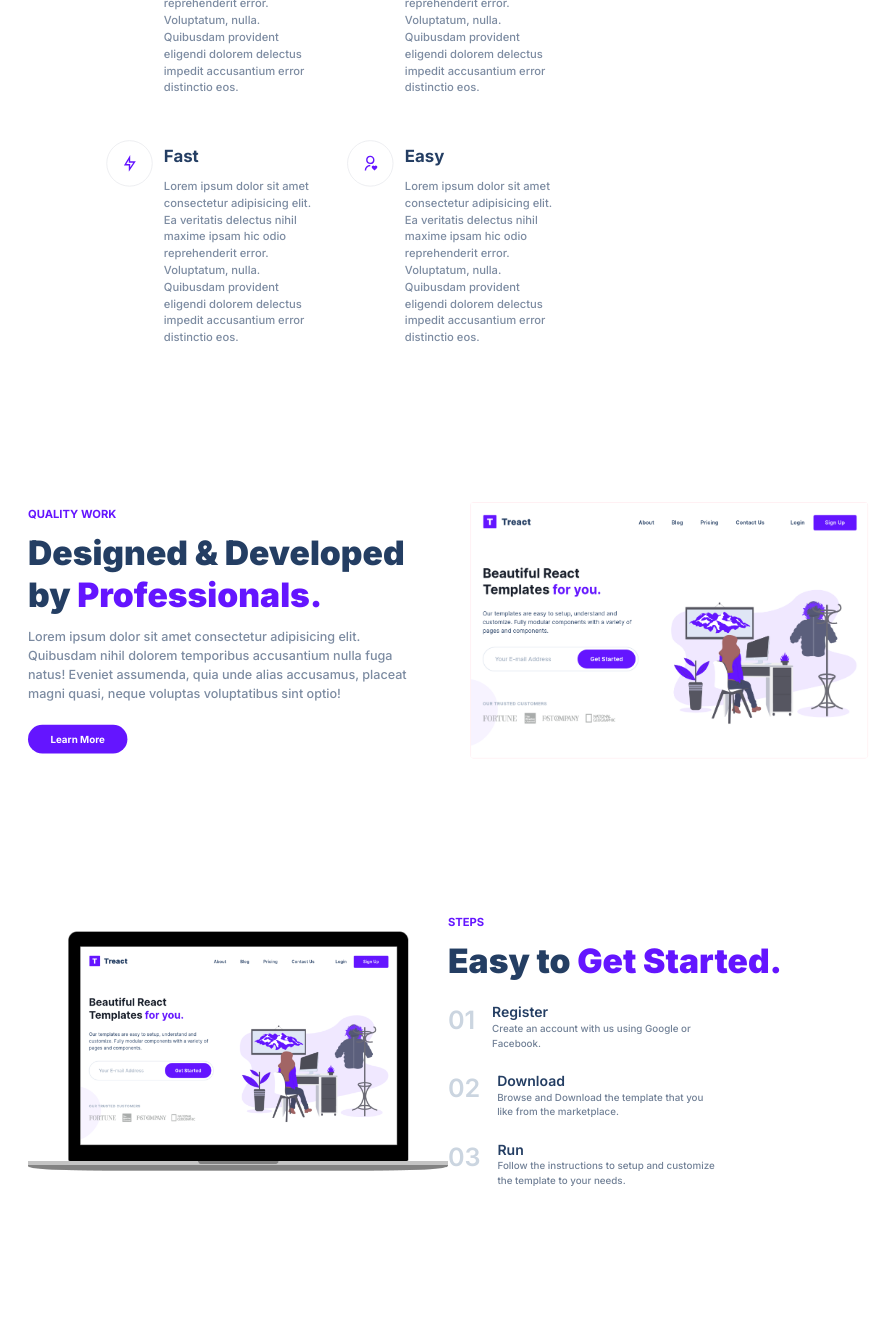
Repository: avivanguyen/m2_fianlProject
Page: index.html
These files come from the project's save history. The page is drawn as it stood at one moment and after the next save; the edit follows.
The browser window is 1280 px wide. The pictures show the part of the page from y = 1619 to 3539 px (the page is 3539 px tall), at 70% of full size.
Some web libraries are served in a nearby version.

Above is the page before, as saved 2025-12-09 02:56:50.

### index.html
<!DOCTYPE html>
<html lang="en">
<head>
    <meta charset="UTF-8">
    <meta name="viewport" content="width=device-width, initial-scale=1.0">
    <title>Styling Project</title>
    <link rel="stylesheet" href="styles.css">
    <script src="https://kit.fontawesome.com/2588cf0bac.js" crossorigin="anonymous"></script>
</head>
<body>
    <section id="landing">
        <nav>
            <div class="row nav__row">
                <div class="nav__logo">
                    <img src="./assets/logo.2c489fc453a1783cbadacf914efa3df6.svg" alt="logo" class="nav__logo--img">
                    <div class="nav__logo--title">
                        Treact
                    </div>
                </div>
                <div class="nav__links">
                    <a href="" class="nav__link">About</a>
                    <a href="" class="nav__link">Blog</a>
                    <a href="" class="nav__link">Pricing</a>
                    <a href="" class="nav__link">Contact Us</a>
                    <a href="" class="nav__link login">Login</a>
                    <a href="" class="nav__link nav__link--primary">Sign Up</a>
                </div>
            </div>
        </nav>

        <header class="container">
            <div class="row">
                <div class="header__description">
                    <h1>
                        Beautiful React Templates <span class="purple">for you.</span>
                    </h1>
                    <div class="header__description--para">
                        Our templates are easy to setup, understand and customize. Fully modular components with a variety of pages and components.
                    </div>
                    <div class="header__email">
                        <input type="text" class="header__email--input" placeholder="Your E-mail Address">
                        <button class="header__email--btn">Get Started</button>
                    </div>
                    <p class="header__customers--title">OUR TRUSTED CUSTOMERS</p>
                    <img src="./assets/customers-logo-strip.680ac7c2e8ae28161d2c.png" class="header__customers" alt="logos">
                </div>

                <figure class="header__img--wrapper">
                    <img src="./assets/design-illustration-2.6da6a00b20c07c4a9b65d1870679e1b8.svg" alt="hero image" class="header__img">
                </figure>
            </div>
        </header>
    </section>

    <main>
        <section id="features">
            <div class="container">
                <div class="row">
                    <h4 class="section__tag">FEATURES</h4>
                    <h2 class="section__title">
                        We Have Amazing <span class="purple">Service.</span>
                    </h2>
                    <div class="section__para">
                        Lorem ipsum dolor sit amet consectetur adipisicing elit. Maxime facilis assumenda architecto aliquam. Consequatur vero dolorum ut aspernatur quae beatae voluptates quam, nulla assumenda doloremque voluptatum laboriosam dolor unde rem.
                    </div>
                    <div class="features">
                        <div class="feature__row">
                            <figure class="feature__img--wrapper">
                                <img src="./assets/shield-icon.daefe14b320b14fbd9cbd18908ac93ec.svg" alt="" class="feature__img">
                            </figure>
                            <div class="feature__text">
                                <h2 class="feature__title">Secure</h2>
                                <p class="feature__para">
                                    Lorem ipsum dolor sit amet consectetur adipisicing elit. Ea veritatis delectus nihil maxime ipsam hic odio reprehenderit error. Voluptatum, nulla. Quibusdam provident eligendi dolorem delectus impedit accusantium error distinctio eos.
                                </p>
                            </div>
                        </div>
                        <div class="feature__row">
                            <figure class="feature__img--wrapper">
                                <img src="./assets/support-icon.f9253ffa8cb6ffde5bbaa05eb5136375.svg" alt="" class="feature__img">
                            </figure>
                            <div class="feature__text">
                                <h2 class="feature__title">24/7 Support</h2>
                                <p class="feature__para">
                                    Lorem ipsum dolor sit amet consectetur adipisicing elit. Ea veritatis delectus nihil maxime ipsam hic odio reprehenderit error. Voluptatum, nulla. Quibusdam provident eligendi dolorem delectus impedit accusantium error distinctio eos.
                                </p>
                            </div>
                        </div>
                        <div class="feature__row">
                            <figure class="feature__img--wrapper">
                                <img src="./assets/customize-icon.367468c90fd796009b97fbfba67b2c6a.svg" alt="" class="feature__img">
                            </figure>
                            <div class="feature__text">
                                <h2 class="feature__title">Customizable</h2>
                                <p class="feature__para">
                                    Lorem ipsum dolor sit amet consectetur adipisicing elit. Ea veritatis delectus nihil maxime ipsam hic odio reprehenderit error. Voluptatum, nulla. Quibusdam provident eligendi dolorem delectus impedit accusantium error distinctio eos.
                                </p>
                            </div>
                        </div>
                        <div class="feature__row">
                            <figure class="feature__img--wrapper">
                                <img src="./assets/reliable-icon.1367510a8f0a1bec76dc425d25f92f43.svg" alt="" class="feature__img">
                            </figure>
                            <div class="feature__text">
                                <h2 class="feature__title">Reliable</h2>
                                <p class="feature__para">
                                    Lorem ipsum dolor sit amet consectetur adipisicing elit. Ea veritatis delectus nihil maxime ipsam hic odio reprehenderit error. Voluptatum, nulla. Quibusdam provident eligendi dolorem delectus impedit accusantium error distinctio eos.
                                </p>
                            </div>
                        </div>
                        <div class="feature__row">
                            <figure class="feature__img--wrapper">
                                <img src="./assets/fast-icon.dbb971a73d4805d2fc3bcdacdb55beba.svg" alt="" class="feature__img">
                            </figure>
                            <div class="feature__text">
                                <h2 class="feature__title">Fast</h2>
                                <p class="feature__para">
                                    Lorem ipsum dolor sit amet consectetur adipisicing elit. Ea veritatis delectus nihil maxime ipsam hic odio reprehenderit error. Voluptatum, nulla. Quibusdam provident eligendi dolorem delectus impedit accusantium error distinctio eos.
                                </p>
                            </div>
                        </div>
                        <div class="feature__row">
                            <figure class="feature__img--wrapper">
                                <img src="./assets/simple-icon.673b7e1750b2a4ef32907fc164828d00.svg" alt="" class="feature__img">
                            </figure>
                            <div class="feature__text">
                                <h2 class="feature__title">Easy</h2>
                                <p class="feature__para">
                                    Lorem ipsum dolor sit amet consectetur adipisicing elit. Ea veritatis delectus nihil maxime ipsam hic odio reprehenderit error. Voluptatum, nulla. Quibusdam provident eligendi dolorem delectus impedit accusantium error distinctio eos.
                                </p>
                            </div>
                        </div>
                    </div>
                </div>
            </div>
        </section>

        <section id="quality">
            <div class="container">
                <div class="row">
                    <div class="quality__description">
                        <div class="section__tag">QUALITY WORK</div>
                        <h2 class="section__title">Designed & Developed by <span class="purple">Professionals.</span> </h2>
                        <p class="section__para">
                            Lorem ipsum dolor sit amet consectetur adipisicing elit. Quibusdam nihil dolorem temporibus accusantium nulla fuga natus! Eveniet assumenda, quia unde alias accusamus, placeat magni quasi, neque voluptas voluptatibus sint optio!
                        </p>
                        <button class="btn">Learn More</button>
                    </div>
                    <figure class="quality__img--wrapper">
                        <img src="./assets/hero-screenshot-1.40a097b525c2f8c9808e.png" class="quality__img" alt="">
                    </figure>
                </div>
            </div>
        </section>

        <section id="steps">
            <div class="container">
                <div class="row">
                    <figure class="steps__img--wrapper">
                        <img src="./assets/hero-screenshot-2.241aac1fbc66db29d873.png" class="steps__img" alt="">
                    </figure>
                    <div class="steps__description">
                        <div class="section__tag">STEPS</div>
                        <h2 class="section__title">Easy to <span class="purple">Get Started.</span> </h2>
                        <div class="steps__list">
                            <div class="step">
                                <div class="step__number">01</div>
                                <div class="step__description">
                                    <div class="step__title">Register</div>
                                    <div class="step__para">Create an account with us using Google or Facebook.</div>
                                </div>
                            </div>
                            <div class="step">
                                <div class="step__number">02</div>
                                <div class="step__description">
                                    <div class="step__title">Download</div>
                                    <div class="step__para">Browse and Download the template that you like from the marketplace.</div>
                                </div>
                            </div>
                            <div class="step">
                                <div class="step__number">03</div>
                                <div class="step__description">
                                    <div class="step__title">Run</div>
                                    <div class="step__para">Follow the instructions to setup and customize the template to your needs.</div>
                                </div>
                            </div>
                        </div>
                    </div>
                </div>
            </div>
        </section>
    </main>
</body>
</html>

### styles.css
@import url('https://fonts.googleapis.com/css2?family=Inter:ital,opsz,wght@0,14..32,100..900;1,14..32,100..900&display=swap');
*{
    padding: 0;
    margin: 0;
    font-family: "Inter", sans-serif;
    color: #243e63;
    box-sizing: border-box;
}

section {
    padding: 0 32px;
}

a {
    text-decoration: none;
}

.row {
    max-width: 1200px;
    margin: 0 auto;
    width: 100%;
}

.purple {
    color: #6415ff;
}

p {
    line-height: 1.5;
}

button {
    cursor: pointer;
}

.btn {
    background-color: #6415ff;
    color: white;
    padding: 12px 32px;
    border-radius: 500px;
    border: none;
    font-size: 14px;
    font-weight: bold;
    cursor: pointer;
}

img {
    width: 100%;
}

.container {
    padding: 96px 0;
}

.section__para {
    color: #7c8ba1;
    font-size: 18px;
    font-weight: 500;
    line-height: 1.5;
}

/*
Navigation styling
*/

nav {
    display: flex;
    padding-top: 32px;
}

.nav__row {
    display: flex;
    justify-content: space-between;
}

.nav__logo {
    display: flex;
    align-items: center;
    margin: 8px 0;
    padding-bottom: 4px;
}

.nav__logo--img {
    width: 40px;
}

.nav__logo--title {
    font-size: 20px;
    font-weight: 900;
    margin-left: 12px;
    padding-bottom: 2px;
}

.nav__links {
    display: flex;
    align-items: center;
    padding-bottom: 2px;
}

.nav__link {
    font-size: 14px;
    font-weight: 600;
    padding-top: 4px;
    border-bottom: 2px solid transparent;
    position: relative;
    margin: 0 24px;
}

.login {
    margin-left: 48px;
}

.nav__link--primary {
    background-color: #6415ff;
    color: white;
    margin: 0;
    margin-top: 2px;
    padding: 10px 20px;
    border-radius: 9999px;
    border: none;
    width: auto;
}

/*
Header styling
*/

header {
    position: relative;
}

header .row {
    display: flex;
    justify-content: space-between;
    align-items: flex-end;
}

.header__description {
    width: 40%;
}

h1 {
    color: #1a202c;
    font-size: 36px;
    line-height: 1.25;
}

.header__description--para {
    font-size: 16px;
    margin: 32px 0;
}

.header__email {
    display: flex;
    justify-content: flex-end;
    align-items: center;
    width: 100%;
    max-width: 448px;
    height: 68px;
    position: relative;
}

.header__email--input {
    color: rgb(36, 62, 99);
    width: 100%;
    padding: 20px 192px 20px 32px;
    border-radius: 500px;
    border: 2px solid rgb(299, 231, 235);
    font-size: 16px;
    font-weight: 500;
    position: absolute;
    z-index: 1;
}

.header__email--btn {
    background-color: #6415ff;
    color: white;
    width: 160px;
    height: calc(100% - 16px);
    margin: 8px;
    border-radius: 500px;
    border: none;
    font-size: 16px;
    font-weight: 700;
    z-index: 2;
}

.header__customers {
    padding-right: 64px;
    margin-top: 16px;
    opacity: 0.5;
}

.header__customers--title {
    color: #a0aec0;
    font-size: 12px;
    font-weight: 700;
    margin-top: 80px;
}

.header__img--wrapper {
    display: flex;
    justify-content: flex-end;
    width: calc(100% - 40%);
}

.header__img {
    width: 100%;
    max-width: 512px;
}

/*
Features styling
*/

#features {
    position: relative;
}

.container {
    padding: 96px 0;
}

#features .row {
    width: 100%;
    max-width: 1024px;
    margin: 0 auto;
    display: flex;
    flex-direction: column;
    align-items: center;
}

.section__tag {
    color: #6415ff;
    font-size: 16px;
    font-weight: 700;
}

.section__title {
    color: rgb(36, 62, 99);
    margin: 16px 0;
    text-align: center;
    font-size: 48px;
    font-weight: 900;
}

#features .section__para {
    text-align: center;
    max-width: 576px;
}

.features {
    display: flex;
    flex-wrap: wrap;
    margin-top: 40px;
}

.feature {
    width: calc(100% / 3);
}

.feature__row {
    display: flex;
    align-items: flex-start;
    padding: 32px 24px;
}

.feature__img--wrapper {
    display: flex;
    padding: 20px;
    border: 1px solid #e5e7eb;
    border-radius: 50%;
}

.feature__img {
    width: 24px;
    height: 24px;
}

.feature__text {
    margin-top: 8px;
    margin-left: 16px;
    display: flex;
    flex-direction: column;
}

.feature__para {
    color: rgb(124, 139, 161);
    margin-top: 16px;
    font-size: 16px;
    max-width: calc(643px / 3);
    font-weight: 500;
    line-height: 1.5;
}

main {
    margin-bottom: 96px;
}

/*
Quality styling
*/

#quality .row {
    display: flex;
    justify-content: space-between;
    align-items: center;
}

.quality__description {
    max-width: 570px;
    margin-right: 64px;
}

.quality__description,
.quality__img--wrapper {
    width: 50%;
}

#quality .section__title {
    line-height: 1.25;
    text-align: left;
}

#quality .btn {
    margin-top: 32px; /*space between the button and para*/
}

.quality__img--wrapper {
    display: flex;
    border: 1px solid rgb(299, 231, 235);
    border-radius: 4px;
    position: relative;
}

/*
Steps styling
*/
#steps .row {
    display: flex;
    justify-content: space-between;
    align-items: center;
}

.steps__img--wrapper {
    display: flex;
    width: 50%;
    position: relative;
}

.steps__img {
    width: 100%;
    z-index: 2;
}

.steps__description {
    width: 50%;
    padding: 32px 0;
    padding-left: ;
}

.step {
    display: flex;
    align-items: flex-start;
    margin-top: 32px;
}

.step__number {
    color: #cbd5e0;
    font-size: 36px;
    font-weight: 600;
}

.step__description {
    display: flex;
    flex-direction: column;
    max-width: 320px;
    margin-left: 24px;
}

.step__title {
    color: #243e63;
    font-size: 20px;
    font-weight: 600;
    text-align: left;
}

.step__para {
    color: #718096;
    font-size: 14px;
    font-weight: 500;
    line-height: 1.5;
}

.steps__description .section__title {
    text-align: left;
}

After the next save:
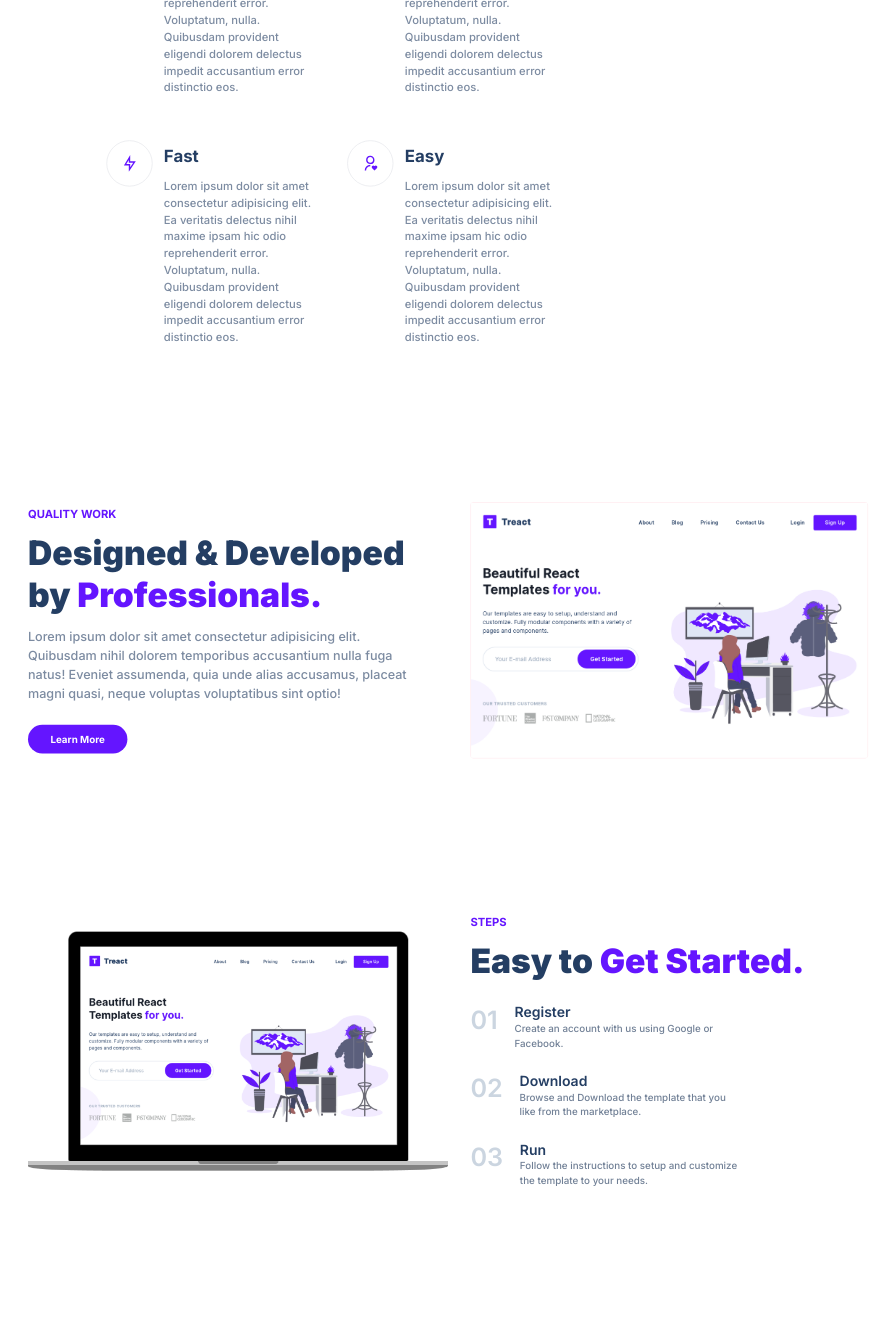
Saved 8 s later.
--- a/styles.css
+++ b/styles.css
@@ -356,7 +356,7 @@ Steps styling
 .steps__description {
     width: 50%;
     padding: 32px 0;
-    padding-left: ;
+    padding-left: 32px;
 }
 
 .step {
